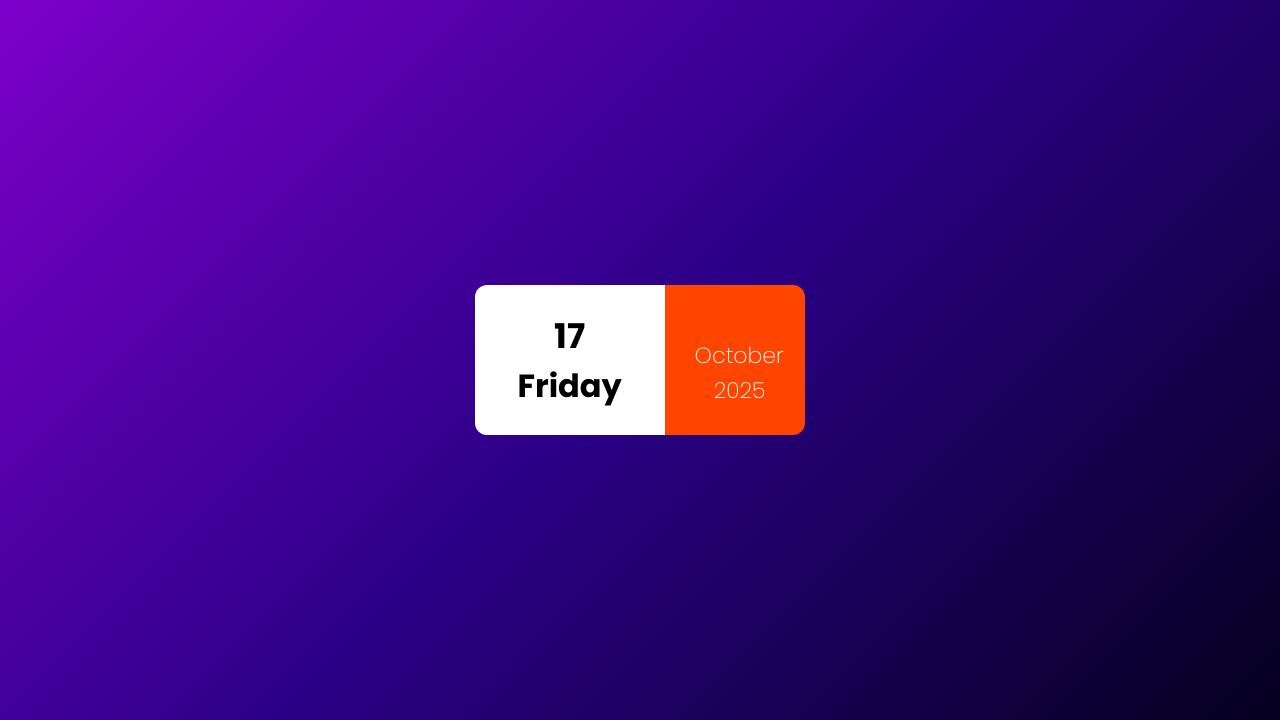
Repository: Ankitkr2021/Calendar
Page: index.html
An editor plug-in stored every save of this project. The page is shown before and after the next save, followed by the edit.
The browser window is 1280 px wide. The pictures show the whole page.

Above is the page before, as saved 2025-10-17 19:33:37.

After the next save:
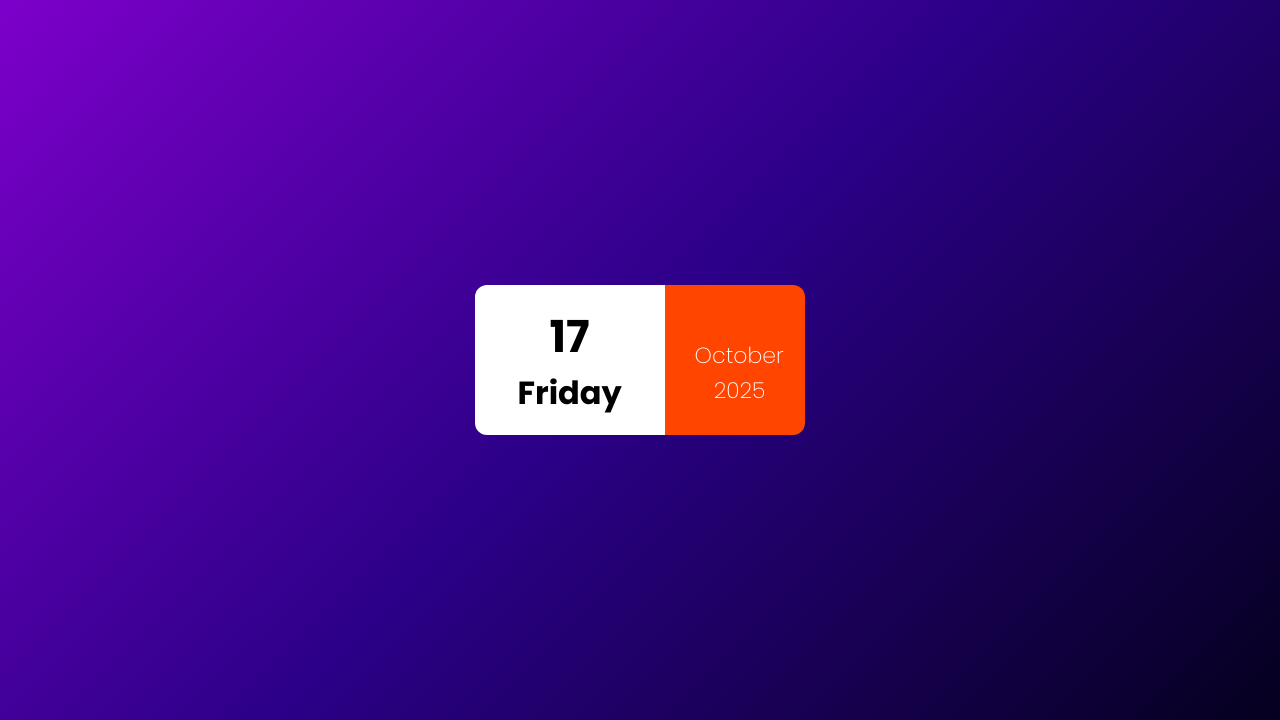
Saved 4 s later.
--- a/style.css
+++ b/style.css
@@ -30,7 +30,7 @@
 
 .din {
     text-align: center;
-    font-size: 34px;
+    font-size: 44px;
 }
 
 .mon {
